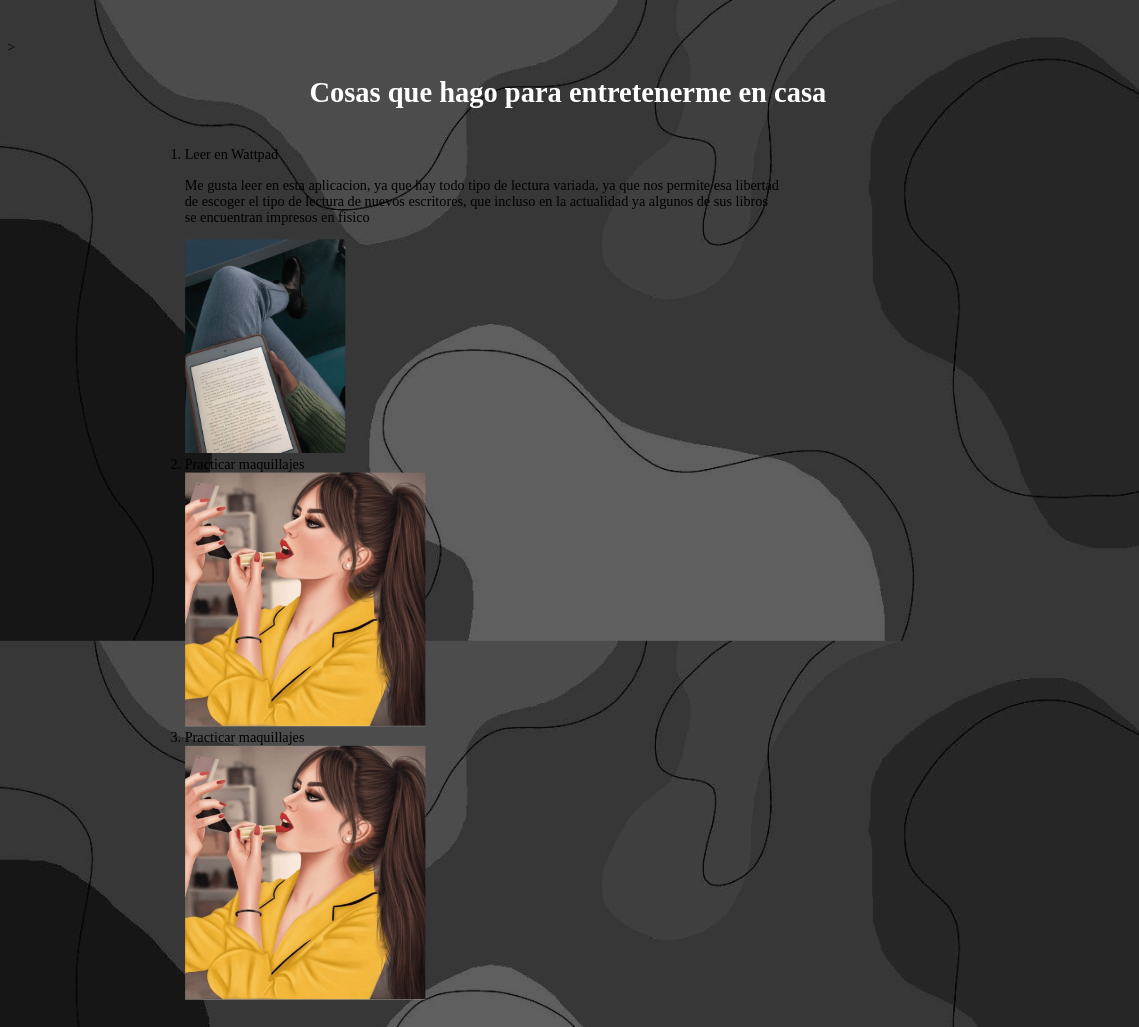
Repository: darlyn-saravia27/portafolio-darlynsaravia
Page: archivoshtml/entretenimiento.html
The author's editor kept a copy of each file at every save. The page is drawn from the files as they stood at one save, then again after the next save.
The browser window is 1280 px wide. The pictures show the whole page, at 89% of full size.

Above is the page before, as saved 2023-03-05 03:44:06.

After the next save:
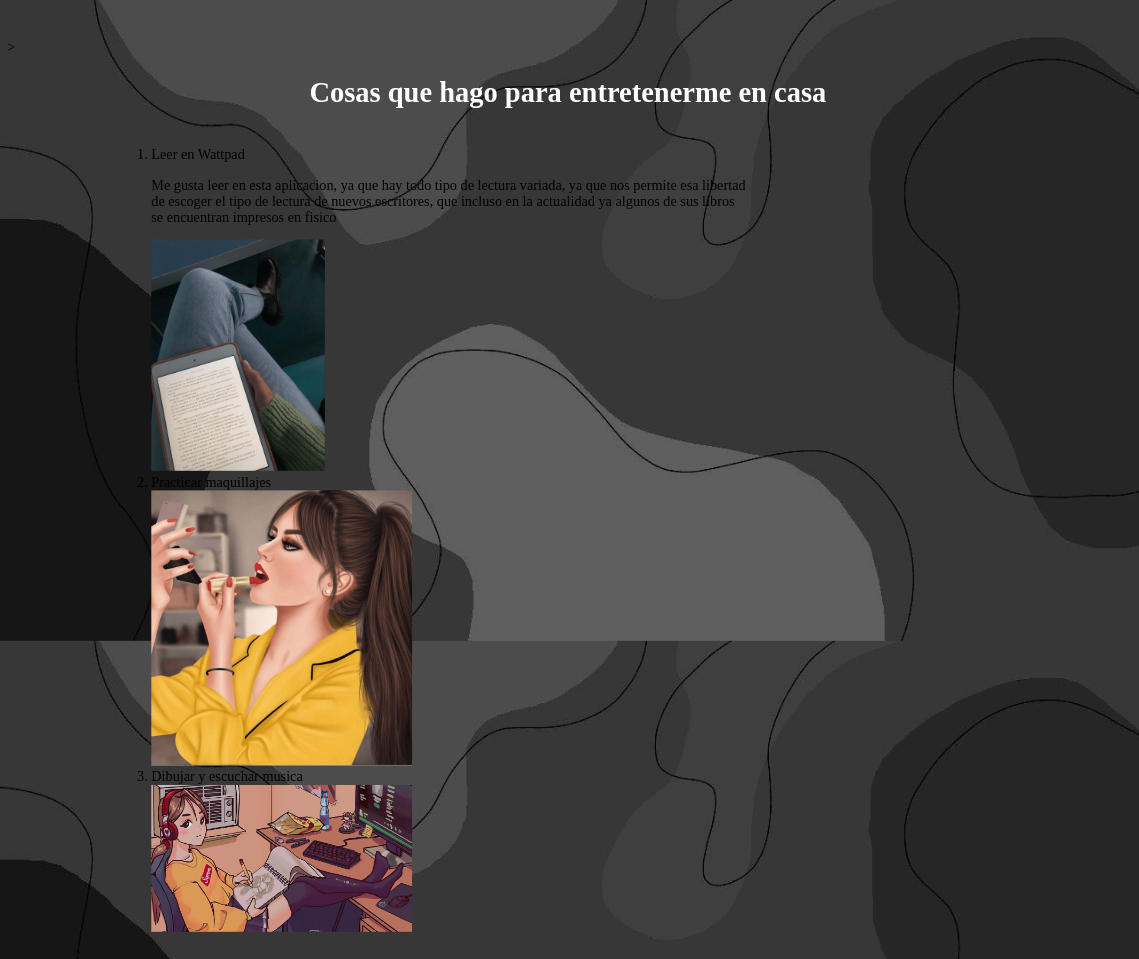
Saved 5 min 25 s later.
--- a/archivoshtml/entretenimiento.html
+++ b/archivoshtml/entretenimiento.html
@@ -24,8 +24,8 @@
                     <img src="Book.png" width="20%" height="20%">
                 <li type="1">Practicar maquillajes</li>
                     <img src="art.png" width="30%" height="30%">
-                <li type="1">Practicar maquillajes</li>
-                    <img src="art.png" width="30%" height="30%">
+                <li type="1">Dibujar y escuchar musica</li>
+                    <img src="dibujo.png" width="30%" height="30%">
                 </ol>
             </td>
 
